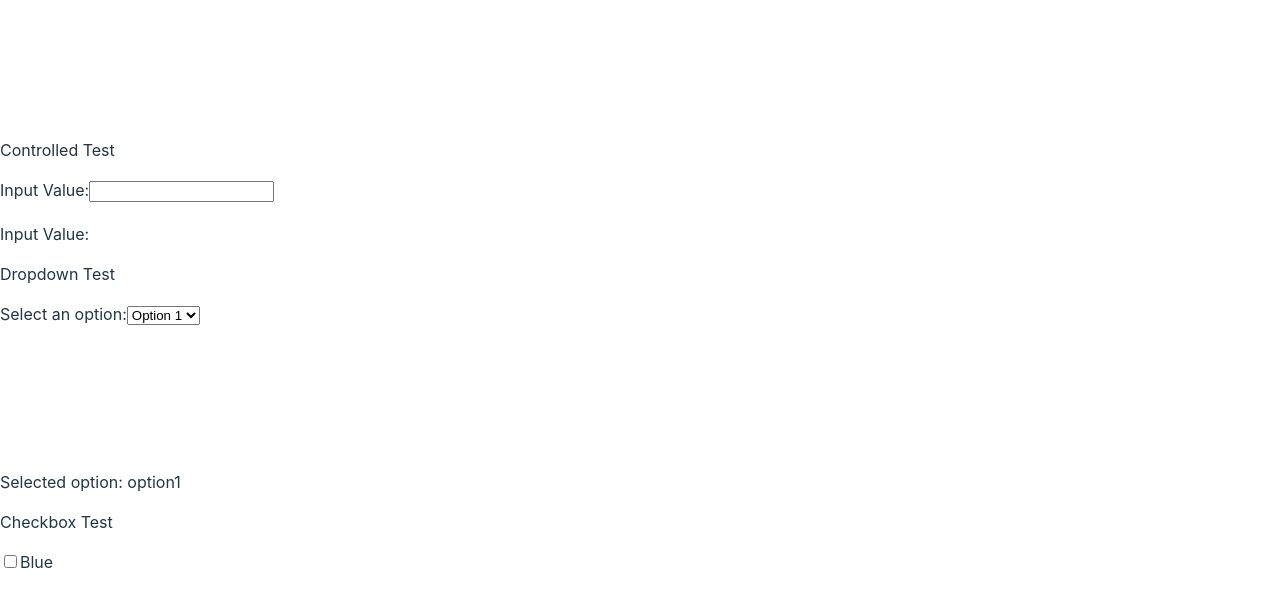
Repository: MariJafari/React-Form
Page: / (app in Desktop/Vite_jsx (3)/Vite_jsx/React Forms/)
The author's editor kept a copy of each file at every save. The page is drawn from the files as they stood at one save, then again after a run of saves.
The browser window is 1280 px wide. The pictures show the whole page.
The project was rebuilt for these pictures with package versions that can differ from the ones it lists, and the page was loaded fresh each time. Also part of the build but not shown: Desktop/Vite_jsx (3)/Vite_jsx/React Forms/vite.config.js.

Above is the page before, as saved 2023-10-28 20:59:55.

After the next 3 saves:
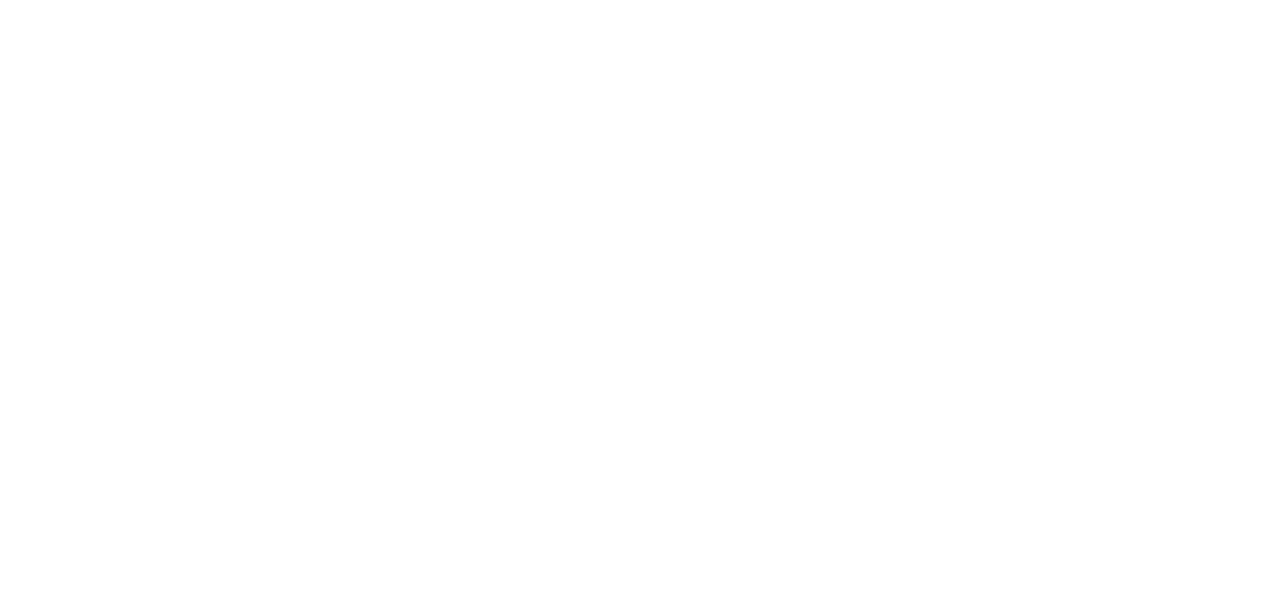
Console error (its wording comes from the project's code and is left out).
The 3 saves are shown as one change because they came seconds apart.
The last was saved 9 s later.
--- a/Desktop/Vite_jsx (3)/Vite_jsx/React Forms/src/App.jsx
+++ b/Desktop/Vite_jsx (3)/Vite_jsx/React Forms/src/App.jsx
@@ -18,8 +18,10 @@
  <div>
    <p>Controlled Test</p>
    {<ControlledComponent />}
+   <hr>
    <p>Dropdown Test</p>
    {<Dropdown />}
+   </hr>
    <p>Checkbox Test</p>
    {<Checkbox /> }
  {/*{<Controlled/>}

After the save that followed:
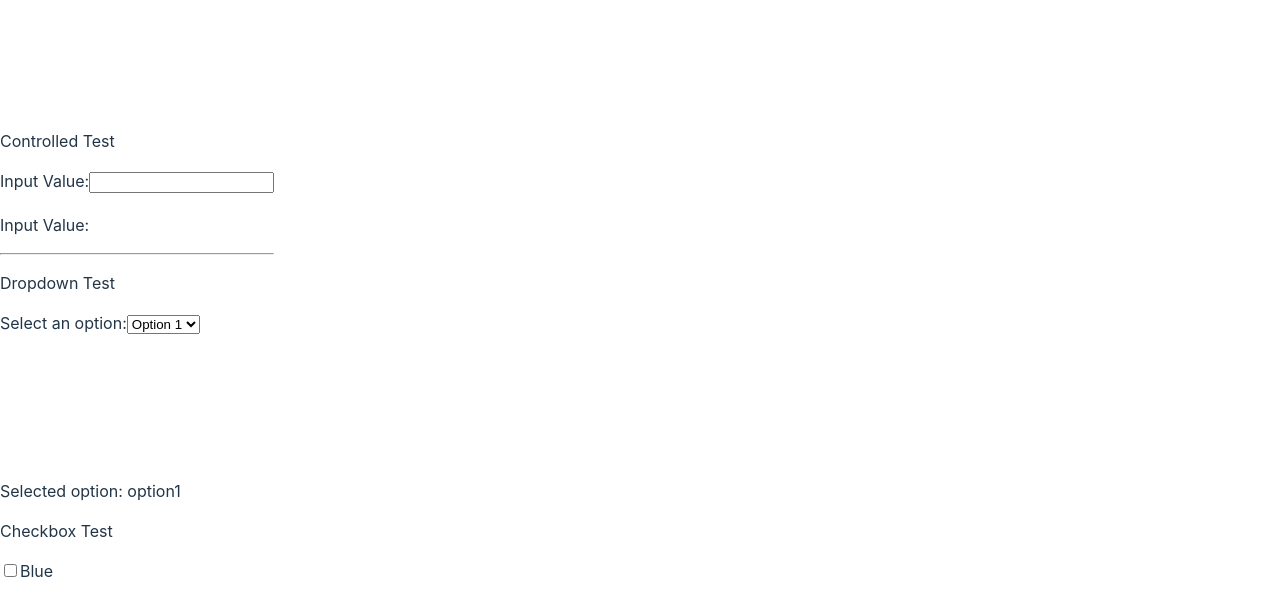
The error is gone.
Saved 12 s later.
--- a/Desktop/Vite_jsx (3)/Vite_jsx/React Forms/src/App.jsx
+++ b/Desktop/Vite_jsx (3)/Vite_jsx/React Forms/src/App.jsx
@@ -18,10 +18,9 @@
  <div>
    <p>Controlled Test</p>
    {<ControlledComponent />}
-   <hr>
+   <hr></hr>
    <p>Dropdown Test</p>
    {<Dropdown />}
-   </hr>
    <p>Checkbox Test</p>
    {<Checkbox /> }
  {/*{<Controlled/>}
